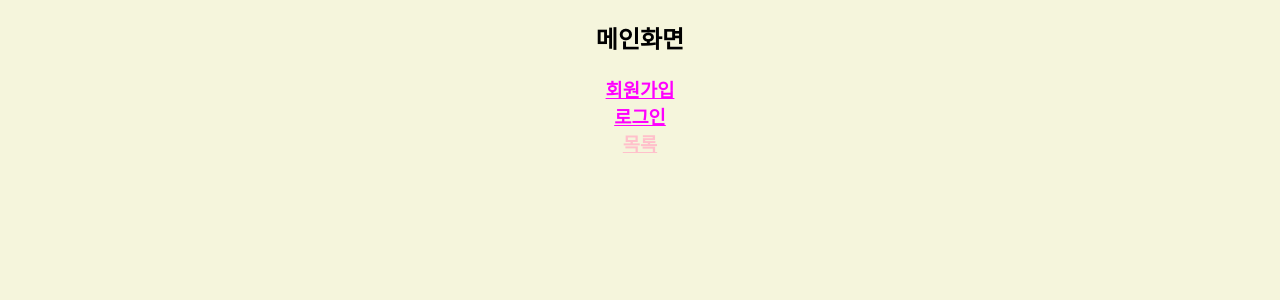
Repository: Gmajorlist/HTML
Page: http://localhost/miniProject_JSP/
These files come from the project's save history. The page is drawn as it stood at one moment and after the next save; the edit follows.
The browser window is 1280 px wide. The pictures show the whole page.
The page is served by Tomcat 9. Nobody is signed in. The application's start-up code is not run. Other server files are loaded and not shown.

Above is the page before, as saved 2023-03-07 08:19:27.

### miniProject_JSP/src/main/webapp/index.jsp
<%@ page language="java" contentType="text/html; charset=UTF-8"
    pageEncoding="UTF-8"%>
<!DOCTYPE html>
<html>
<head>
<meta charset="UTF-8">
<title>Insert title here</title>
<style>
a:link {color: magenta;}
a:visited{color: pink;}
a:hover{color:green;}

</style>
</head>
<body style="background-color:beige">
<div style="text-align:center;">
<h2>   메인화면   </h2>
<h3>
<% if(session.getAttribute("memId") == null){%>
	<a href="./member/writeForm.jsp">회원가입</a><br>
	<a href="./member/loginForm.jsp">로그인</a><br>

<%}else{%>
	<a href="./member/logout.jsp">로그아웃</a><br>
	<a href="./member/updateForm.jsp">회원정보수정</a><br>
	<a href="./member/deleteForm.jsp">회원탈퇴</a><br>
	<a href="./board/boardWriteForm.jsp">글쓰기</a><br>
<%}%>

<a href="">목록</a><br>


</h3>
</div>
</body>
</html>

After the next save:
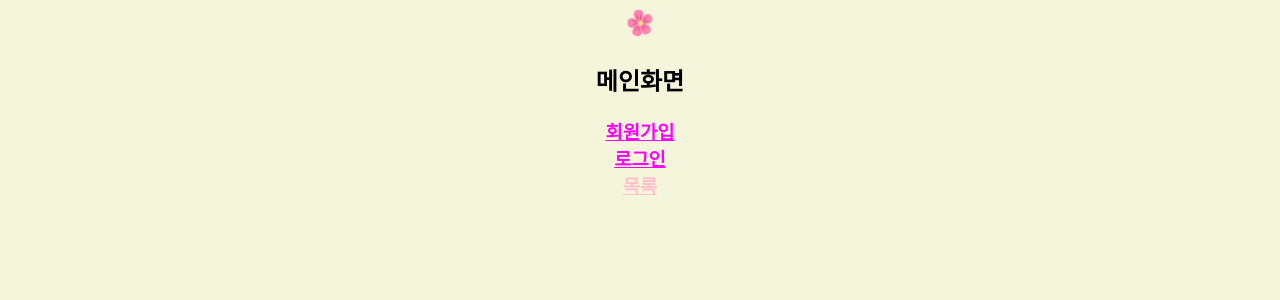
Saved 81 s later.
--- a/miniProject_JSP/src/main/webapp/index.jsp
+++ b/miniProject_JSP/src/main/webapp/index.jsp
@@ -14,6 +14,8 @@ a:hover{color:green;}
 </head>
 <body style="background-color:beige">
 <div style="text-align:center;">
+<img src="../image/vlvlan.png" width="30" height="30" alt="꽃"
+            onclick="location.href='../member/index.jsp'">
 <h2>   메인화면   </h2>
 <h3>
 <% if(session.getAttribute("memId") == null){%>
